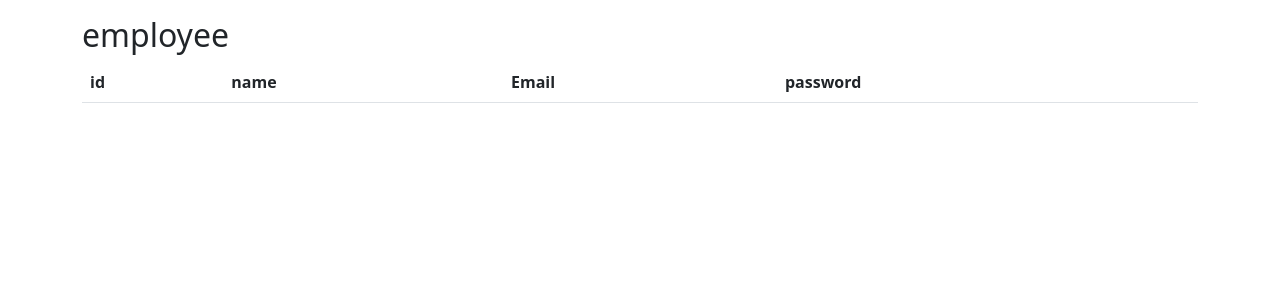
Repository: HoangLinh2001/PHP
Page: http://localhost/list_employee.php
An editor plug-in stored every save of this project. The page is shown before and after the next save, followed by the edit.
The browser window is 1280 px wide. The pictures show the whole page.
The page is run by PHP 8.4 with error messages shown; the project is at /var/www/html/. Queries for data that is not in the repository find no rows.

Above is the page before, as saved 2023-06-21 14:40:41.

### DEMOPHPBUOI2/list_employee.php
<!DOCTYPE html>
<html lang="en">
<head>
  <title>Bootstrap Example</title>
  <meta charset="utf-8">
  <meta name="viewport" content="width=device-width, initial-scale=1">
  <link href="https://cdn.jsdelivr.net/npm/bootstrap@5.2.3/dist/css/bootstrap.min.css" rel="stylesheet">
  <script src="https://cdn.jsdelivr.net/npm/bootstrap@5.2.3/dist/js/bootstrap.bundle.min.js"></script>
</head>
<body>
<?php
require_once('connectdb.php');
$sql = "SELECT * FROM emptb";
$result = $con->query($sql);
?>
<div class="container mt-3">
  <h2>employee</h2>
  <table class="table">
    <thead>
      <tr>
        <th>id</th>
        <th>name</th>
        <th>Email</th>
        <th>password</th>
      </tr>
    </thead>
    <tbody>
    <?php
    if ($result->num_rows > 0) {
        foreach ($result as $item) {?>
            <tr>
                <td><?php echo $item['id']; ?></td>
                <td><?php echo $item['name']; ?></td>
                <td><?php echo $item['email']; ?></td>
                <td><?php echo $item['password']; ?></td>
            </tr>
        <?php }
    } ?>
    </tbody>
  </table>
</div>

</body>
</html>

### DEMOPHPBUOI2/connectdb.php
<?php
    $serverName = "localhost";
    $username = "root";
    $password = "";
    $dbname = "emdatabase";
    //create connection
    $con = new mysqli($serverName,$username,$password,$dbname);
    //check connection
    // if ($con -> connect_error) {
    //     die("connection failed: ".$con->connect_error);
    // }
    // echo "connect successfully !";
?>

After the next save:
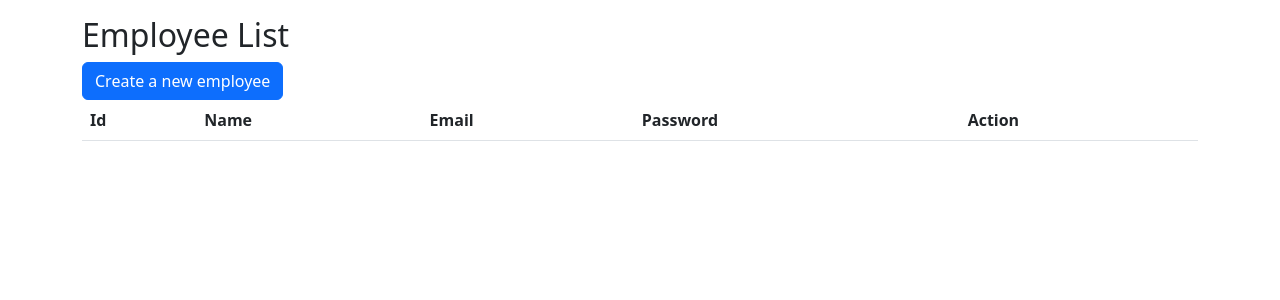
Saved 76 s later.
--- a/DEMOPHPBUOI2/list_employee.php
+++ b/DEMOPHPBUOI2/list_employee.php
@@ -1,44 +1,53 @@
 <!DOCTYPE html>
 <html lang="en">
+
 <head>
-  <title>Bootstrap Example</title>
-  <meta charset="utf-8">
-  <meta name="viewport" content="width=device-width, initial-scale=1">
-  <link href="https://cdn.jsdelivr.net/npm/bootstrap@5.2.3/dist/css/bootstrap.min.css" rel="stylesheet">
-  <script src="https://cdn.jsdelivr.net/npm/bootstrap@5.2.3/dist/js/bootstrap.bundle.min.js"></script>
+    <title>Bootstrap Example</title>
+    <meta charset="utf-8">
+    <meta name="viewport" content="width=device-width, initial-scale=1">
+    <link href="https://cdn.jsdelivr.net/npm/bootstrap@5.2.3/dist/css/bootstrap.min.css" rel="stylesheet">
+    <script src="https://cdn.jsdelivr.net/npm/bootstrap@5.2.3/dist/js/bootstrap.bundle.min.js"></script>
 </head>
+
 <body>
-<?php
+    <?php
 require_once('connectdb.php');
 $sql = "SELECT * FROM emptb";
-$result = $con->query($sql);
+$result = $con -> query($sql);
 ?>
-<div class="container mt-3">
-  <h2>employee</h2>
-  <table class="table">
-    <thead>
-      <tr>
-        <th>id</th>
-        <th>name</th>
-        <th>Email</th>
-        <th>password</th>
-      </tr>
-    </thead>
-    <tbody>
-    <?php
-    if ($result->num_rows > 0) {
-        foreach ($result as $item) {?>
-            <tr>
-                <td><?php echo $item['id']; ?></td>
-                <td><?php echo $item['name']; ?></td>
-                <td><?php echo $item['email']; ?></td>
-                <td><?php echo $item['password']; ?></td>
-            </tr>
-        <?php }
-    } ?>
-    </tbody>
-  </table>
-</div>
+    <div class="container mt-3">
+        <h2>Employee List</h2>
+        <a class="btn btn-primary" href="create_employee.php">Create a new employee</a>
+        <table class="table">
+            <thead>
+                <tr>
+                    <th>Id</th>
+                    <th>Name</th>
+                    <th>Email</th>
+                    <th>Password</th>
+                    <th>Action</th>
+                </tr>
+            </thead>
+            <tbody>
+                <?php
+        if($result -> num_rows > 0){
+          foreach ($result as $item) {?>
+                <tr>
+                    <td><?php echo $item['id'] ?></td>
+                    <td><?php echo $item['name'] ?></td>
+                    <td><?php echo $item['email'] ?></td>
+                    <td><?php echo $item['password'] ?></td>
+                    <td>
+                    <a class="btn btn-danger" href="delete_employee.php?id=<?php echo $item['id']?>">Delete</a></td>
+                </tr>
+                <?php }; ?>
+                <?php }; ?>
+
+
+            </tbody>
+        </table>
+    </div>
 
 </body>
+
 </html>
